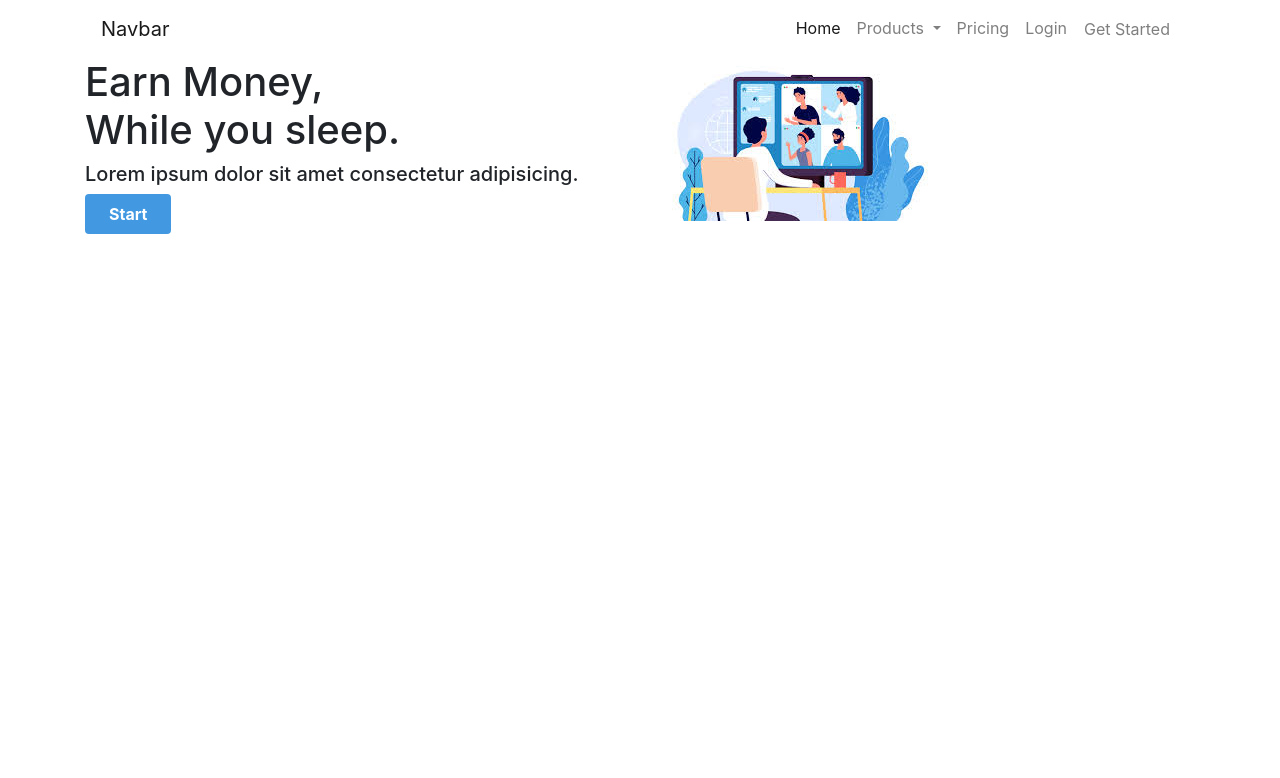
Repository: latenightsnacc/Static-Web-Projects
Page: Dunno Yet/index.html
The author's editor kept a copy of each file at every save. The page is drawn from the files as they stood at one save, then again after the next save.
The browser window is 1280 px wide. The pictures show the whole page.
The style sheet was rebuilt from its Sass, Less or Tailwind sources for each picture, by a compiler version that may differ from the author's.

Above is the page before, as saved 2020-11-10 12:34:29.

### Dunno Yet/index.html
<!DOCTYPE html>
<html lang="en">
<head>
    <meta charset="UTF-8">
    <meta name="viewport" content="width=device-width, initial-scale=1.0">
    <!--Tailwind CDN-->
    <link rel="stylesheet" href="https://cdnjs.cloudflare.com/ajax/libs/tailwindcss/1.9.6/base.min.css" integrity="sha512-hEjkvMSM0ql6VJcNK0gTmjt9ar8F2yHeBUbJKtyvQhkkbGMhiJ4+MaiB8XxsthLAHJx5vy2I9dN0un8HiWG2LA==" crossorigin="anonymous" />
    <link rel="stylesheet" href="https://cdnjs.cloudflare.com/ajax/libs/tailwindcss/1.9.6/components.min.css" integrity="sha512-TizAONqhvXjEfRPhptSUkZNVU497PzAnXNGNUoeOjeni4dHpJ+ak+ZsyoGna20LH/yg1PvdufN1VbnVQeVDftg==" crossorigin="anonymous" />
    <link rel="stylesheet" href="https://cdnjs.cloudflare.com/ajax/libs/tailwindcss/1.9.6/tailwind.css" integrity="sha512-HY1FOTeAX9idUBWDhVDrBg8QUHBisKVQ4BCVj1jFo5z76mk87w4Rr5YGP8nBkcGmoMzqYvdeXHMOg/olF45z3g==" crossorigin="anonymous" />
    <link rel="stylesheet" href="https://cdnjs.cloudflare.com/ajax/libs/tailwindcss/1.9.6/utilities.min.css" integrity="sha512-0QJfuLKyYJWGB5hKArJW67xqMLDlR8YaLM/ZuW2mRn4NRwHNsGm7UuREc5Fu7jONHyewPKnGODY0N8G+FQbfxg==" crossorigin="anonymous" />
    <!--Bootstrap CDN-->
    <link rel="stylesheet" href="https://cdn.jsdelivr.net/npm/bootstrap@4.5.3/dist/css/bootstrap.min.css" integrity="sha384-TX8t27EcRE3e/ihU7zmQxVncDAy5uIKz4rEkgIXeMed4M0jlfIDPvg6uqKI2xXr2" crossorigin="anonymous">
    <!--Custom Stylesheet-->
    <link rel="stylesheet" href="styles/stylesheet.css">
    <title>Home</title>
</head>
<body>

    <!--Navbar-->
    <div class="container">
        <nav class="navbar navbar-expand-lg navbar-light bg-transparent">
            <a class="navbar-brand" href="#">Navbar</a>
            <button class="navbar-toggler" type="button" data-toggle="collapse" data-target="#navbarNavDropdown" aria-controls="navbarNavDropdown" aria-expanded="false" aria-label="Toggle navigation">
              <span class="navbar-toggler-icon"></span>
            </button>
            <div class="collapse navbar-collapse" id="navbarNavDropdown">
              <ul class="navbar-nav ml-auto">
                <li class="nav-item active">
                  <a class="nav-link" href="#">Home</a>
                </li>
                <li class="nav-item dropdown">
                    <a class="nav-link dropdown-toggle" href="#" id="navbarDropdownMenuLink" role="button" data-toggle="dropdown" aria-haspopup="true" aria-expanded="false">
                      Products
                    </a>
                    <div class="dropdown-menu" aria-labelledby="navbarDropdownMenuLink">
                      <a class="dropdown-item" href="#">Blog</a>
                      <a class="dropdown-item" href="#">Website</a>
                      <a class="dropdown-item" href="#">E-commerce</a>
                      <a class="dropdown-item" href="#">Domain</a>
                      <a class="dropdown-item" href="#">Hosting</a>
                    </div>
                  </li>
                <li class="nav-item">
                  <a class="nav-link" href="#">Pricing</a>
                </li>
                <li class="nav-item">
                    <a class="nav-link" href="#">Login</a>
                </li>
                <li class="nav-item">
                    <a class="nav-link btn" href="#">Get Started</a>
                </li>
              </ul>
            </div>
        </nav>
    </div>
    <!-- End of Navbar-->


    <!--Banner-->
    <section class="min-h-screen" id="banner">
        <div class="container flex">
            <!--Banner Text-->
            <div class="w-1/2 sm:w-auto md:w-full lg:w-32 xl:w-3/4 ...">
                <div class="text-box">
                    <h1>Earn Money, <br/> While you sleep.</h1>
                    <h5>Lorem ipsum dolor sit amet consectetur adipisicing.</h5>
                    <button class="bg-blue-500 hover:bg-blue-700 text-white font-bold py-2 px-4 rounded">Start</button>
                </div>
            </div>
            <!--Banner Image-->
            <div class="w-1/2 sm:w-auto md:w-full lg:w-32 xl:w-3/4 ...">
                <a href="#">
                    <img src="assets/video-conferencing.jpeg" alt="banner image"/>
                </a>
            </div>
        </div>
    </section>
    <!--Footer-->
    <div class="footer">
        <div class="container"></div>
    </div>

    <!--Bootstrap Scripts-->
    <script src="https://code.jquery.com/jquery-3.5.1.slim.min.js" integrity="sha384-DfXdz2htPH0lsSSs5nCTpuj/zy4C+OGpamoFVy38MVBnE+IbbVYUew+OrCXaRkfj" crossorigin="anonymous"></script>
    <script src="https://cdn.jsdelivr.net/npm/popper.js@1.16.1/dist/umd/popper.min.js" integrity="sha384-9/reFTGAW83EW2RDu2S0VKaIzap3H66lZH81PoYlFhbGU+6BZp6G7niu735Sk7lN" crossorigin="anonymous"></script>
    <script src="https://cdn.jsdelivr.net/npm/bootstrap@4.5.3/dist/js/bootstrap.min.js" integrity="sha384-w1Q4orYjBQndcko6MimVbzY0tgp4pWB4lZ7lr30WKz0vr/aWKhXdBNmNb5D92v7s" crossorigin="anonymous"></script>
</body>
</html>

### Dunno Yet/styles/stylesheet.scss
@import'variables';

*{
    box-sizing: border-box;
    margin: 0;
    padding: 0;
    text-decoration: none;
    list-style: none;
    font-family: -apple-system, BlinkMacSystemFont, 'Segoe UI', Roboto, Oxygen, Ubuntu, Cantarell, 'Open Sans', 'Helvetica Neue', sans-serif;
    button {
        outline: none;
    }
    a {
        text-decoration: none;
        &:hover {
            text-decoration: none;
        }
    }
}
// section {
//     min-height: 100vh;
// }

### Dunno Yet/styles/_variables.scss
$font: -apple-system, BlinkMacSystemFont, 'Segoe UI', Roboto, Oxygen, Ubuntu, Cantarell, 'Open Sans', 'Helvetica Neue', sans-serif;

$primary: #fff;

After the next save:
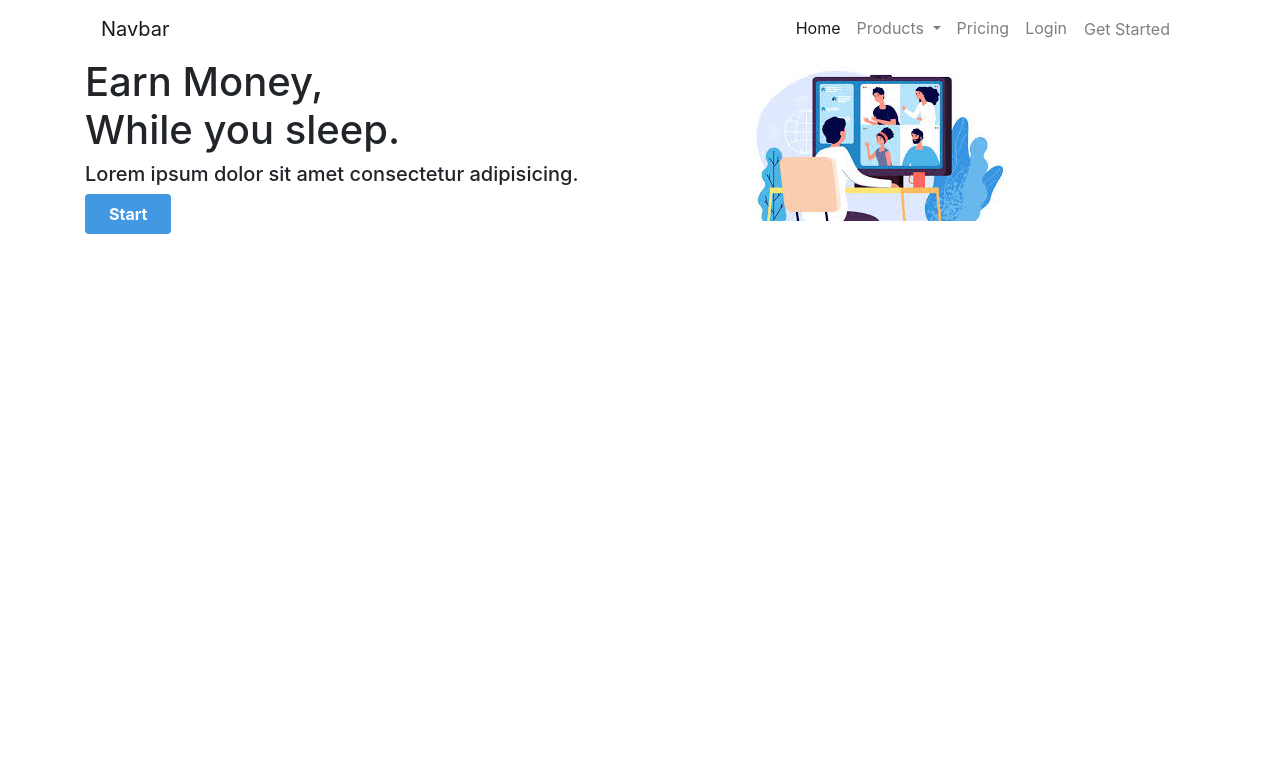
Saved 32 s later.
--- a/Dunno Yet/index.html
+++ b/Dunno Yet/index.html
@@ -60,7 +60,7 @@
     <section class="min-h-screen" id="banner">
         <div class="container flex">
             <!--Banner Text-->
-            <div class="w-1/2 sm:w-auto md:w-full lg:w-32 xl:w-3/4 ...">
+            <div class="w-1/2 sm:w-auto md:w-full lg:w-full xl:w-full ...">
                 <div class="text-box">
                     <h1>Earn Money, <br/> While you sleep.</h1>
                     <h5>Lorem ipsum dolor sit amet consectetur adipisicing.</h5>

After the 2 saves that followed:
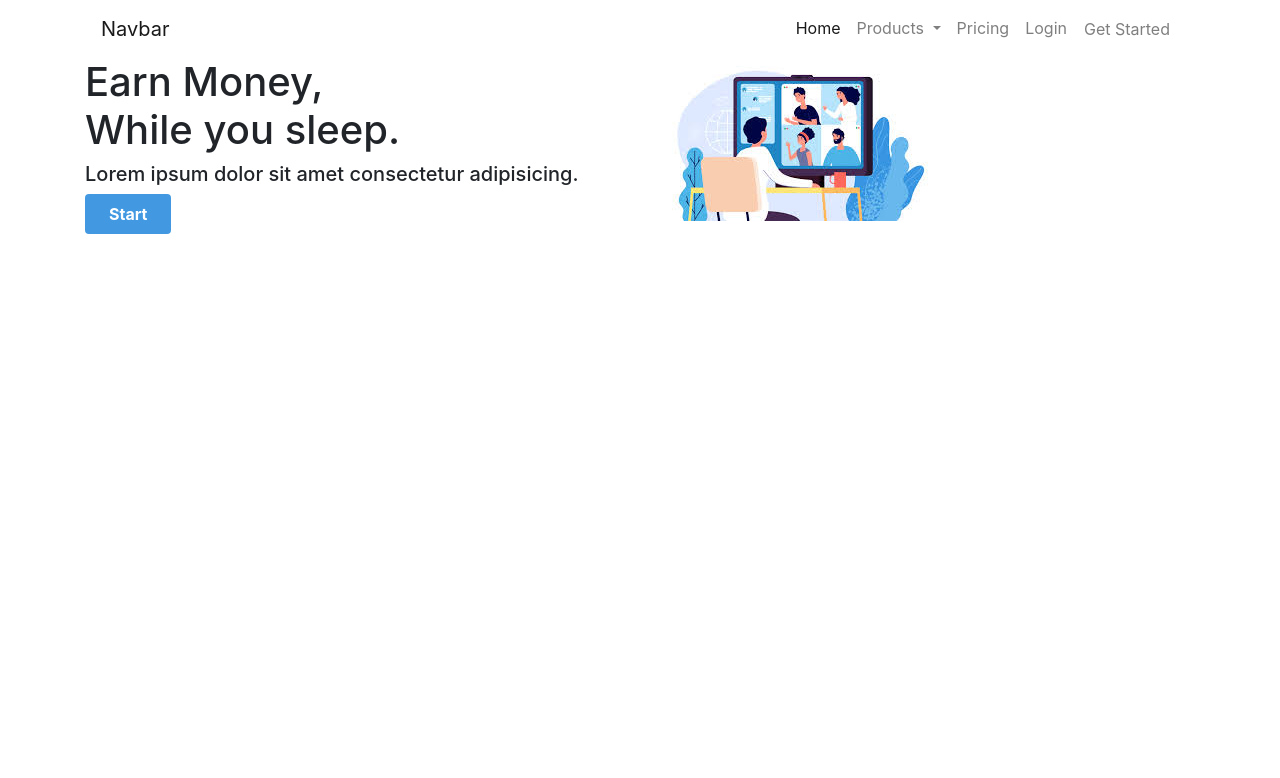
The 2 saves are shown as one change because 1 left the picture as it was.
The last was saved 39 s later.
--- a/Dunno Yet/index.html
+++ b/Dunno Yet/index.html
@@ -60,7 +60,7 @@
     <section class="min-h-screen" id="banner">
         <div class="container flex">
             <!--Banner Text-->
-            <div class="w-1/2 sm:w-auto md:w-full lg:w-full xl:w-full ...">
+            <div class="w-1/2 sm:w-1 md:w-full lg:w-full xl:w-full ...">
                 <div class="text-box">
                     <h1>Earn Money, <br/> While you sleep.</h1>
                     <h5>Lorem ipsum dolor sit amet consectetur adipisicing.</h5>
@@ -68,7 +68,7 @@
                 </div>
             </div>
             <!--Banner Image-->
-            <div class="w-1/2 sm:w-auto md:w-full lg:w-32 xl:w-3/4 ...">
+            <div class="w-1/2 sm:w-1 md:w-full lg:w-full xl:w-full ..."">
                 <a href="#">
                     <img src="assets/video-conferencing.jpeg" alt="banner image"/>
                 </a>
